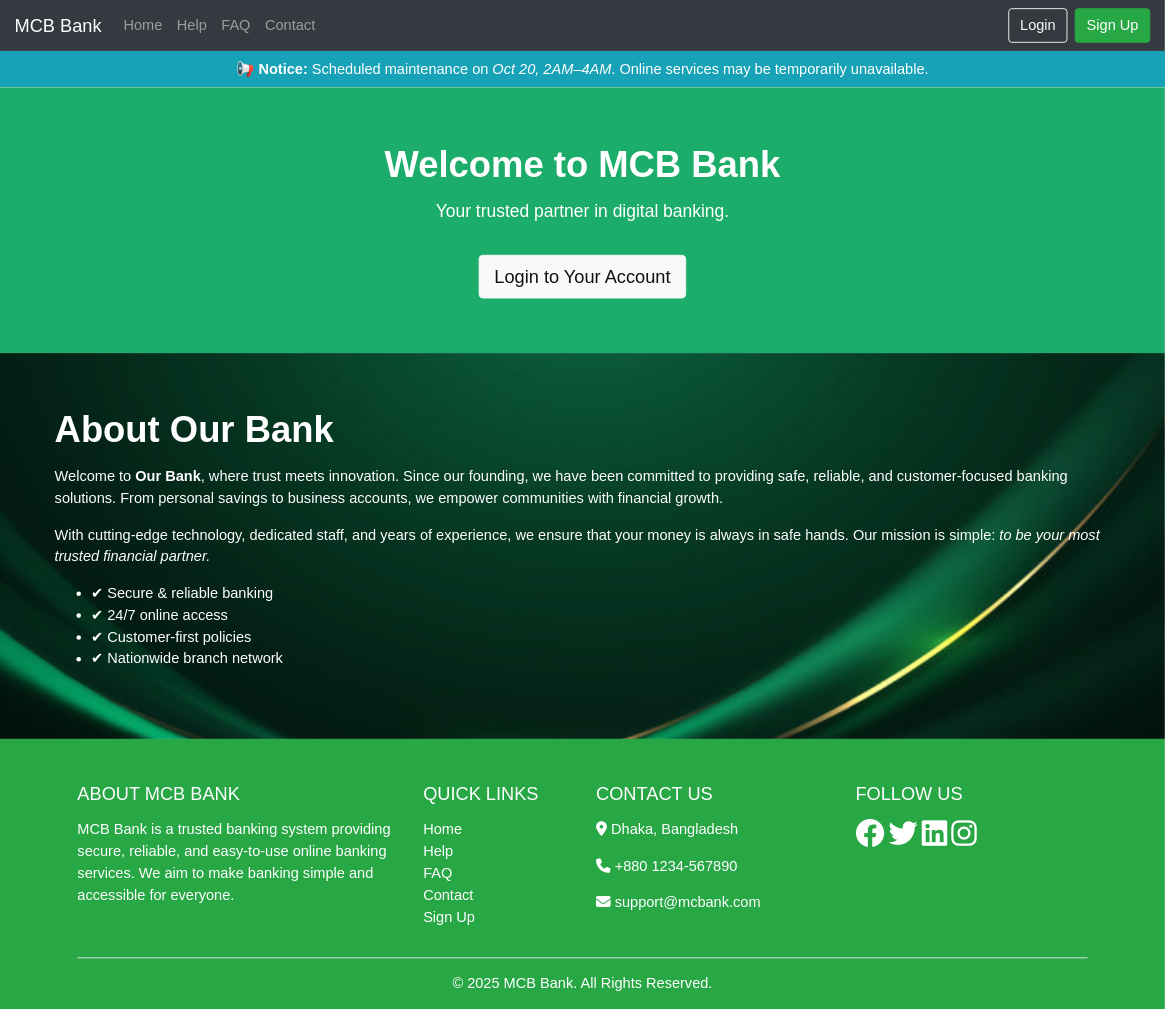
Repository: mhbshimla/my-bank
Page: http://localhost/home.php
The author's editor kept a copy of each file at every save. The page is drawn from the files as they stood at one save, then again after the next save.
The browser window is 1280 px wide. The pictures show the whole page, at 91% of full size.
The page is run by PHP 8.4 with error messages shown; the project is at /var/www/html/.

Above is the page before, as saved 2025-10-17 21:35:05.

### home.php
<!DOCTYPE html>
<html>
<head>
  <title>Welcome to MCB Bank</title>
  <?php require 'assets/autoloader.php'; ?>
  <style>
    body { background: #f9f9f9; font-family: Arial, sans-serif; }
    .hero { padding: 60px; text-align: center; background: #1bad69ff; color: white; }
    .hero h1 { font-size: 2.5rem; margin-bottom: 15px; }
    .hero p { font-size: 1.2rem; }
    .section { padding: 40px; }
    .announcement-bar {
    animation: fadeIn 1s ease-in-out;
  }
  @keyframes fadeIn {
    from { opacity: 0; transform: translateY(-10px); }
    to { opacity: 1; transform: translateY(0); }
  }
  </style>
</head>
<body>

<nav class="navbar navbar-expand-lg navbar-dark bg-dark">
  <a class="navbar-brand" href="index.php">MCB Bank</a>
  <button class="navbar-toggler" type="button" data-toggle="collapse" data-target="#navbarNav" aria-controls="navbarNav" aria-expanded="false" aria-label="Toggle navigation">
    <span class="navbar-toggler-icon"></span>
  </button>

  <div class="collapse navbar-collapse" id="navbarNav">
    <ul class="navbar-nav mr-auto">
      <li class="nav-item"><a class="nav-link" href="home.php">Home</a></li>
      <!-- <li class="nav-item"><a class="nav-link" href="aboutourbank.php">About Our Bank</a></li> -->
      <li class="nav-item"><a class="nav-link" href="help.php">Help</a></li>
      <li class="nav-item"><a class="nav-link" href="faq.php">FAQ</a></li>
      <li class="nav-item"><a class="nav-link" href="contact.php">Contact</a></li>
    </ul>
    <ul class="navbar-nav">
      <li class="nav-item"><a class="btn btn-outline-light mr-2" href="login.php">Login</a></li>
      <li class="nav-item"><a class="btn btn-success" href="signup.php">Sign Up</a></li>
    </ul>
  </div>
</nav>
<!-- Announcement Bar -->
<div class="announcement-bar bg-info text-white text-center py-2 shadow-sm sticky-top" style="z-index: 1030; font-size: 1.0rem;">
  <strong>📢 Notice:</strong> Scheduled maintenance on <em>Oct 20, 2AM–4AM</em>. Online services may be temporarily unavailable.
</div>
<!-- <div class="text-center bg-info text-white py-1">
  <button class="btn btn-sm btn-outline-light" data-toggle="collapse" data-target="#announcementDetails">
    📢 View Maintenance Notice
  </button>
</div>
<div id="announcementDetails" class="collapse bg-dark text-white text-center py-2">
  Scheduled maintenance on <em>Oct 20, 2AM–4AM</em>. Online services may be temporarily unavailable.
</div> -->

<div class="hero">
  <h1><strong>Welcome to MCB Bank</strong></h1>
  <p>Your trusted partner in digital banking.</p>
  <a href="login.php" class="btn btn-light btn-lg mt-3">Login to Your Account</a>
</div>
    <div class="section container-fluid text-white" style="background: url('images/about.jpg') no-repeat center center; background-size: cover; padding: 60px;">
  <h1 class="mb-3"><strong>About Our Bank</strong></h1>
      <p>
        Welcome to <strong>Our Bank</strong>, where trust meets innovation.
        Since our founding, we have been committed to providing safe, reliable,
        and customer-focused banking solutions. From personal savings to
        business accounts, we empower communities with financial growth.
      </p>
      <p>
        With cutting-edge technology, dedicated staff, and years of experience,
        we ensure that your money is always in safe hands. Our mission is simple:
        <em>to be your most trusted financial partner.</em>
      </p>
      <ul>
        <li>✔ Secure & reliable banking</li>
        <li>✔ 24/7 online access</li>
        <li>✔ Customer-first policies</li>
        <li>✔ Nationwide branch network</li>
      </ul>
</div>

<footer class="bg-success text-white pt-5 pb-3 mt-auto">
  <div class="container">
    <div class="row">

      <!-- About Section -->
      <div class="col-md-4">
        <h5 class="text-uppercase mb-3">About MCB Bank</h5>
        <p>
          MCB Bank is a trusted banking system providing secure,
          reliable, and easy-to-use online banking services. We aim to make
          banking simple and accessible for everyone.
        </p>
      </div>

      <!-- Quick Links -->
      <div class="col-md-2">
        <h5 class="text-uppercase mb-3">Quick Links</h5>
        <ul class="list-unstyled">
          <li><a href="home.php" class="text-white text-decoration-none">Home</a></li>
          <li><a href="help.php" class="text-white text-decoration-none">Help</a></li>
          <li><a href="faq.php" class="text-white text-decoration-none">FAQ</a></li>
          <li><a href="contact.php" class="text-white text-decoration-none">Contact</a></li>
          <li><a href="signup.php" class="text-white text-decoration-none">Sign Up</a></li>
        </ul>
      </div>

      <!-- Contact Info -->
      <div class="col-md-3">
        <h5 class="text-uppercase mb-3">Contact Us</h5>
        <p><i class="fas fa-map-marker-alt"></i> Dhaka, Bangladesh</p>
        <p><i class="fas fa-phone"></i> +880 1234-567890</p>
        <p><i class="fas fa-envelope"></i> support@mcbank.com</p>
      </div>

      <!-- Social Media -->
      <div class="col-md-3">
        <h5 class="text-uppercase mb-3">Follow Us</h5>
        <a href="#" class="text-white me-3"><i class="fab fa-facebook fa-2x"></i></a>
        <a href="#" class="text-white me-3"><i class="fab fa-twitter fa-2x"></i></a>
        <a href="#" class="text-white me-3"><i class="fab fa-linkedin fa-2x"></i></a>
        <a href="#" class="text-white"><i class="fab fa-instagram fa-2x"></i></a>
      </div>

    </div>
    <hr class="bg-light">
    <div class="text-center">
      &copy; <?php echo date("Y"); ?> MCB Bank. All Rights Reserved.
    </div>
  </div>
</footer>
<link rel="stylesheet" href="https://cdnjs.cloudflare.com/ajax/libs/font-awesome/6.4.0/css/all.min.css">


</body>
</html>

### assets/autoloader.php

<link rel="stylesheet" type="text/css" href="css/bootstrap.min.css">
<link rel="stylesheet" type="text/css" href="css/custom.css">
<link rel="stylesheet" type="text/css" href="font-awesome/css/font-awesome.min.css">
<script src='js/jquery-3.2.1.min.js'></script>
<script src='js/popper.min.js'></script>
<script src='js/bootstrap.min.js'></script>

### css/custom.css
.omit1{background: rgba(0,0,0,0.1);}
.omit2{background: rgba(0,0,0,0.2);}
.omit3{background: rgba(0,0,0,0.3);}
.omit4{background: rgba(0,0,0,0.4);}
.omit5{background: rgba(0,0,0,0.5);}
.omit6{background: rgba(0,0,0,0.6);}
.omit7{background: rgba(0,0,0,0.7);}
.omit8{background: rgba(0,0,0,0.8);}
.omit9{background: rgba(0,0,0,0.9);}

.shadowBlack{box-shadow: 2px 2px 11px black}
.shadowGreen{box-shadow: 2px 2px 11px green}
.shadowBlue{box-shadow: 2px 2px 11px blue}
.shadowWhite{box-shadow: 2px 2px 11px white}

Loaded but not shown: css/bootstrap.min.css (library); font-awesome/css/font-awesome.min.css (library); js/jquery-3.2.1.min.js (library); js/popper.min.js (library); js/bootstrap.min.js (library)

After the next save:
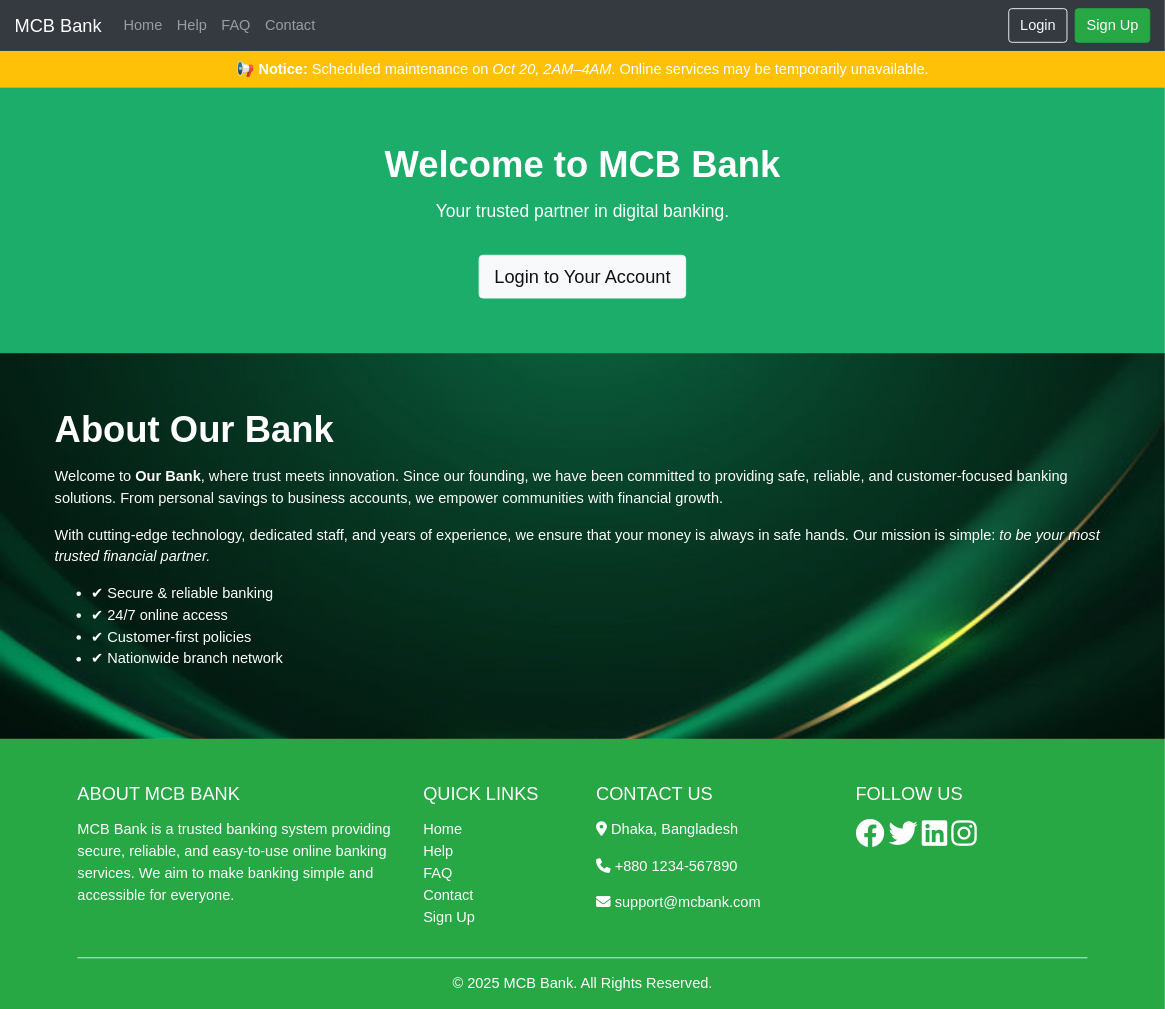
Saved 49 s later.
--- a/home.php
+++ b/home.php
@@ -41,7 +41,7 @@
   </div>
 </nav>
 <!-- Announcement Bar -->
-<div class="announcement-bar bg-info text-white text-center py-2 shadow-sm sticky-top" style="z-index: 1030; font-size: 1.0rem;">
+<div class="announcement-bar bg-warning text-white text-center py-2 shadow-sm sticky-top" style="z-index: 1030; font-size: 1.0rem;">
   <strong>📢 Notice:</strong> Scheduled maintenance on <em>Oct 20, 2AM–4AM</em>. Online services may be temporarily unavailable.
 </div>
 <!-- <div class="text-center bg-info text-white py-1">
